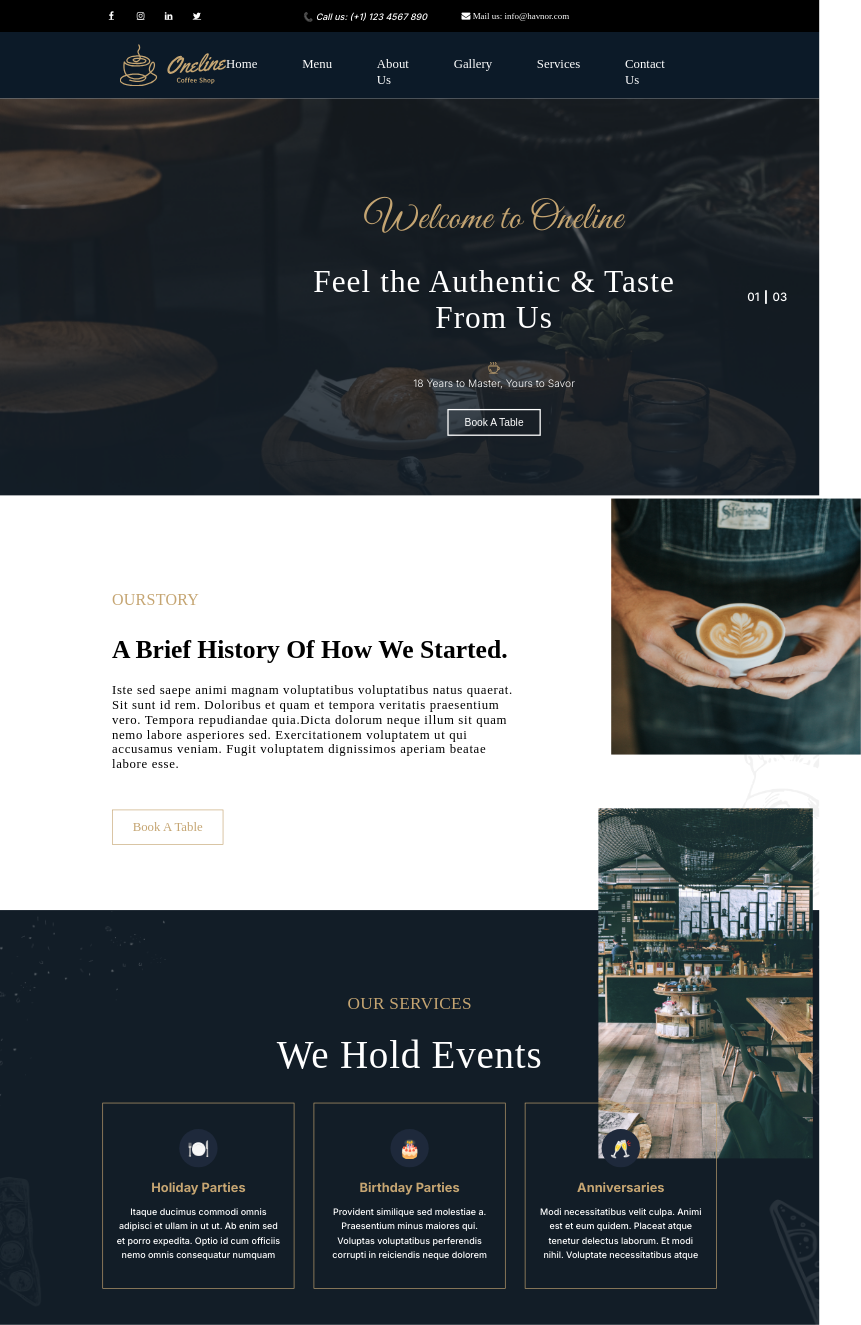
Repository: abhayzulasana/Online-Coffee-Shop
Page: index.html
An editor plug-in stored every save of this project. The page is shown before and after the next save, followed by the edit.
The browser window is 1280 px wide. The page is 1345 px wide, so the pictures cover 1345 px, including what lies to the right of the window. The pictures show the whole page, at 64% of full size.

Above is the page before, as saved 2025-05-21 17:29:32.

After the next save:
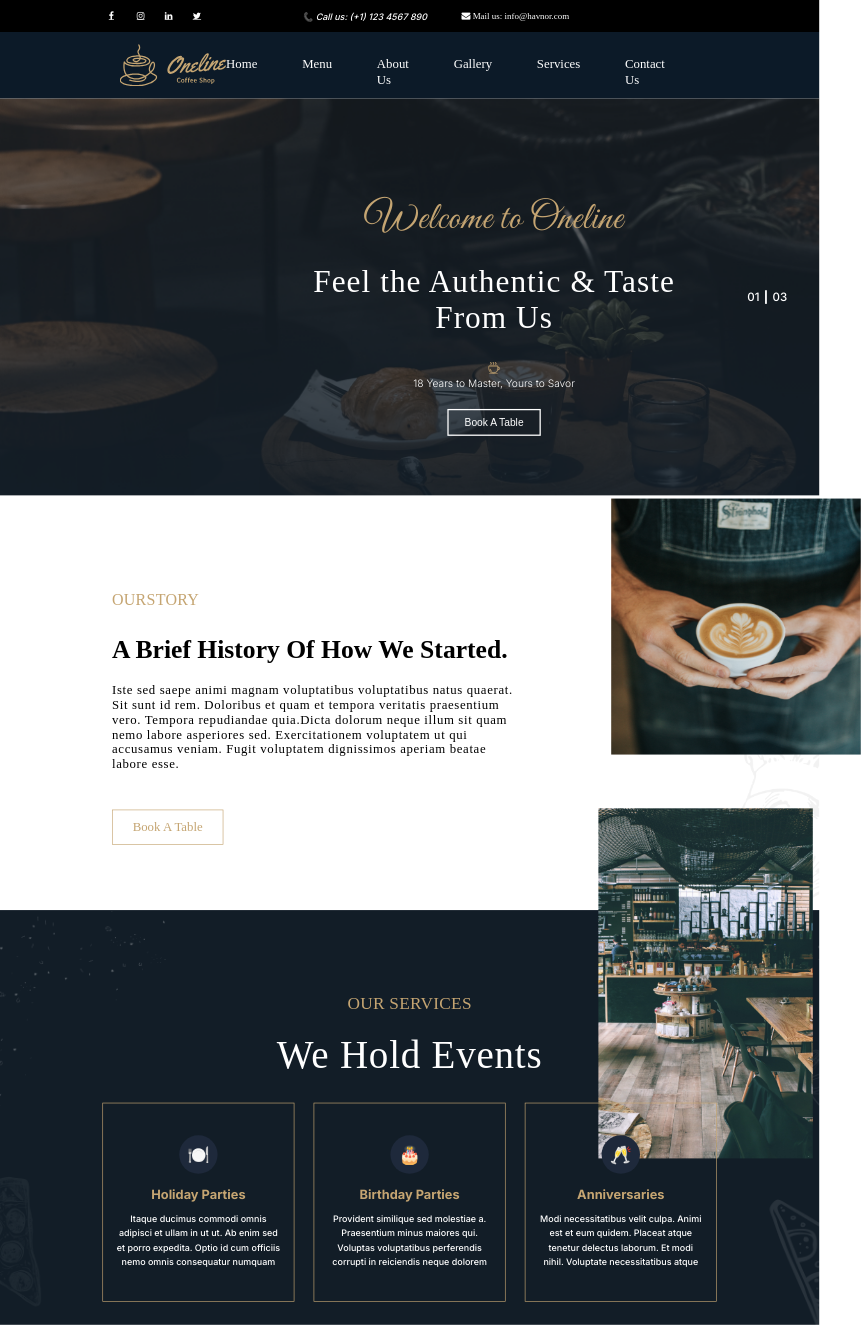
Saved 13 s later.
--- a/style.css
+++ b/style.css
@@ -313,7 +313,7 @@ h1{
   background-color: transparent;
   /* border: 1px solid #334155; */
   /* border-radius: 8px; */
-  padding: 40px 20px;
+  padding: 50px 20px;
   width: 300px;
   /* color: #cbd5e1; */
   border: 0.20000000298023224px solid #C5A572;
